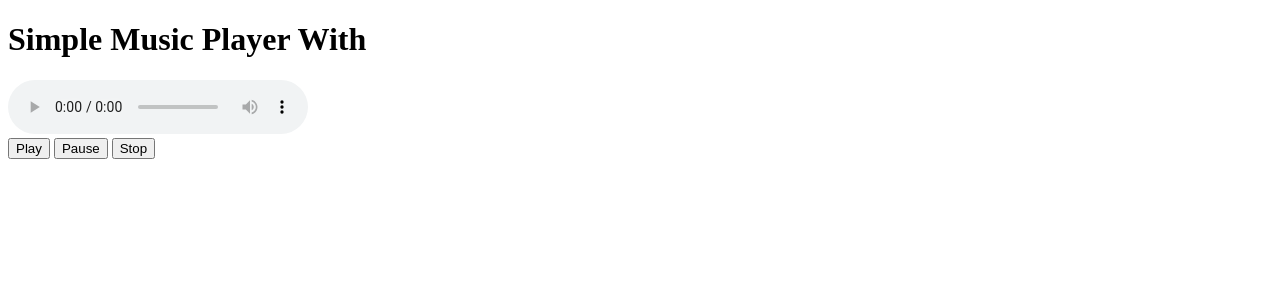
Repository: punitbathija/Placement-Assitance-iNeuron
Page: musicplayer.html
An editor plug-in stored every save of this project. The page is shown before and after the next save, followed by the edit.
The browser window is 1280 px wide. The pictures show the whole page.

Above is the page before, as saved 2023-05-18 14:45:40.

### musicplayer.html
<!DOCTYPE html>
<html lang="en">
  <head>
    <meta charset="UTF-8" />
    <meta http-equiv="X-UA-Compatible" content="IE=edge" />
    <meta name="viewport" content="width=device-width, initial-scale=1.0" />
    <title>Music Player</title>
  </head>
  <body>
        <h1>Simple Music Player With <HTML></HTML></h1>
        <audio controls>
        <source src="audio.mp3" type="audio/mp3">
        Your browser does not support the audio element.
        </audio>
        <div class="controls">
        <button class="play">Play</button>
        <button class="pause">Pause</button>
        <button class="stop">Stop</button>
        </div>
        </div>
  </body>
</html>

After the next save:
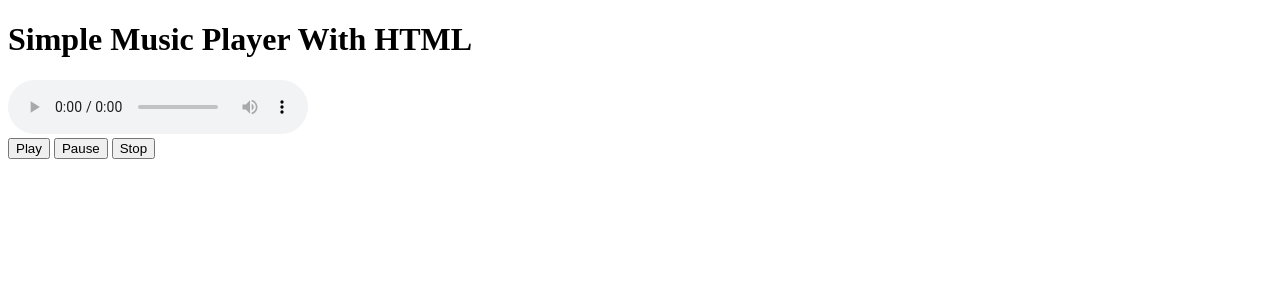
Saved 8 s later.
--- a/musicplayer.html
+++ b/musicplayer.html
@@ -7,7 +7,7 @@
     <title>Music Player</title>
   </head>
   <body>
-        <h1>Simple Music Player With <HTML></HTML></h1>
+        <h1>Simple Music Player With HTML</h1>
         <audio controls>
         <source src="audio.mp3" type="audio/mp3">
         Your browser does not support the audio element.
